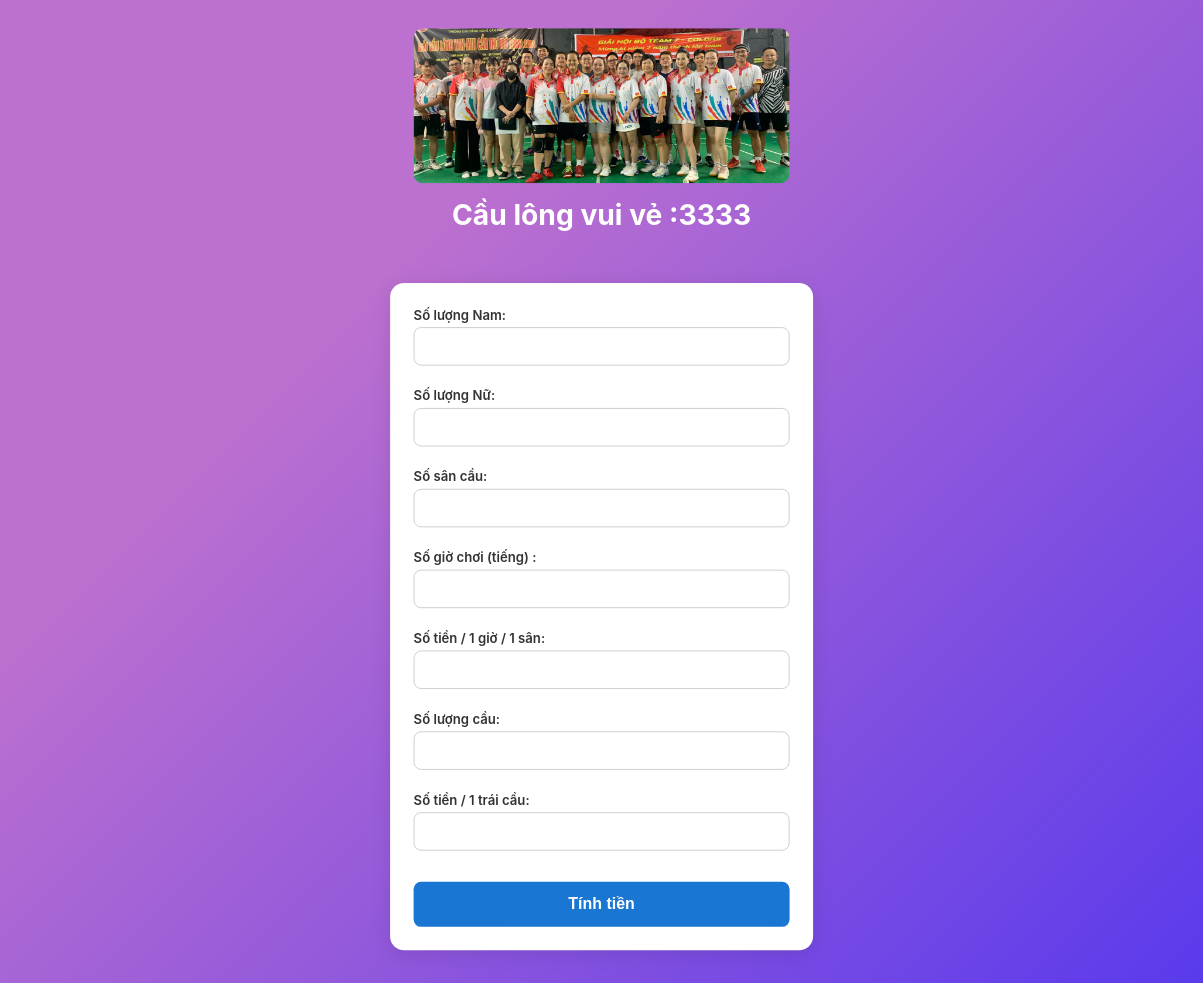
Repository: LuongPTCE181311/Badminton
Page: index.html
An editor plug-in stored every save of this project. The page is shown before and after the next save, followed by the edit.
The browser window is 1280 px wide. The pictures show the whole page, at 94% of full size.
The pointer rests on the first visible `.btn`.

Above is the page before, as saved 2025-12-07 23:28:34.

After the next save:
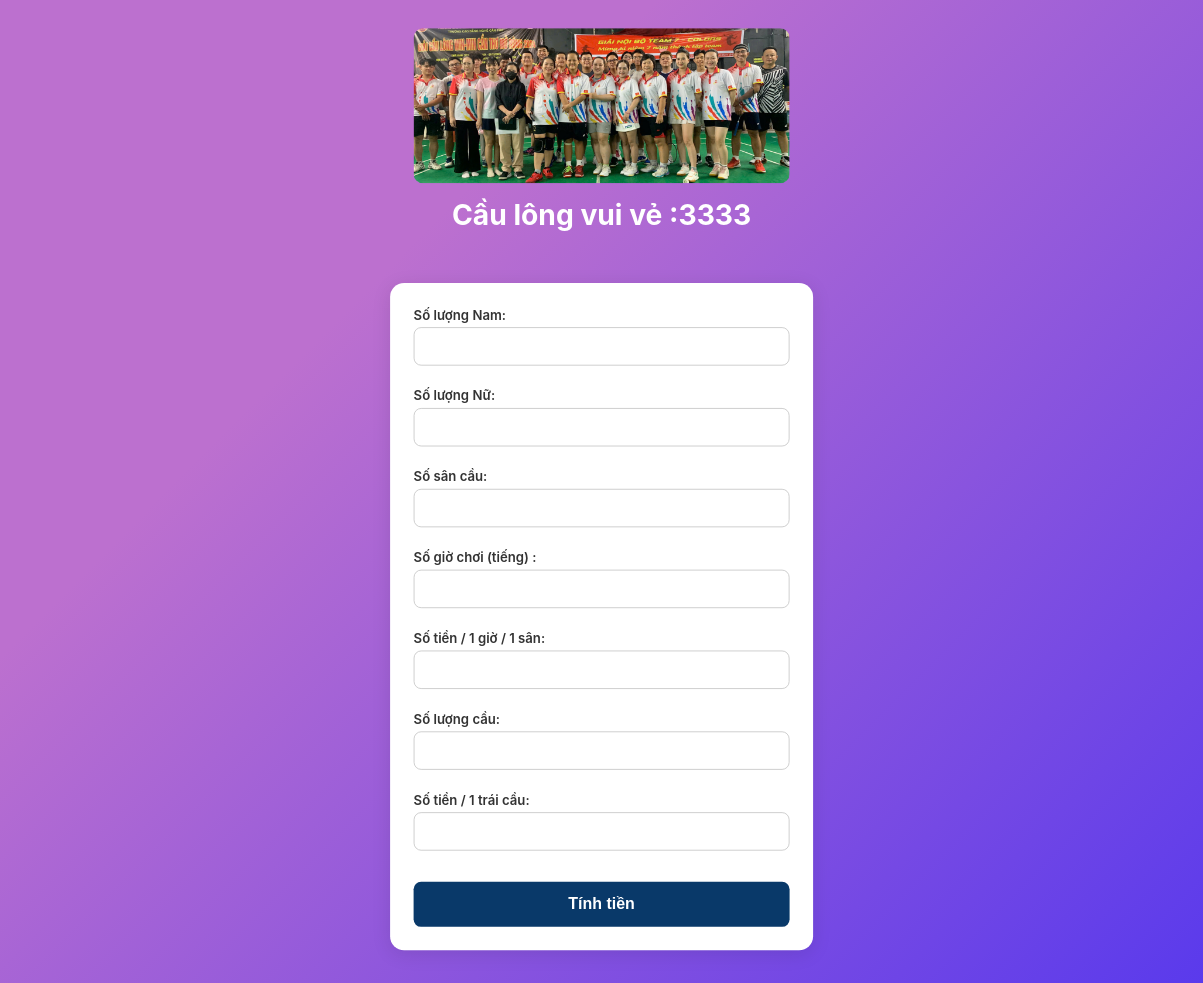
Saved 17 s later.
--- a/assets/css/style.css
+++ b/assets/css/style.css
@@ -110,7 +110,7 @@ input.error-border {
 }
 
 .btn:hover {
-  background: #1976d2;
+  background: #093969;
 }
 
 .btn:active {
